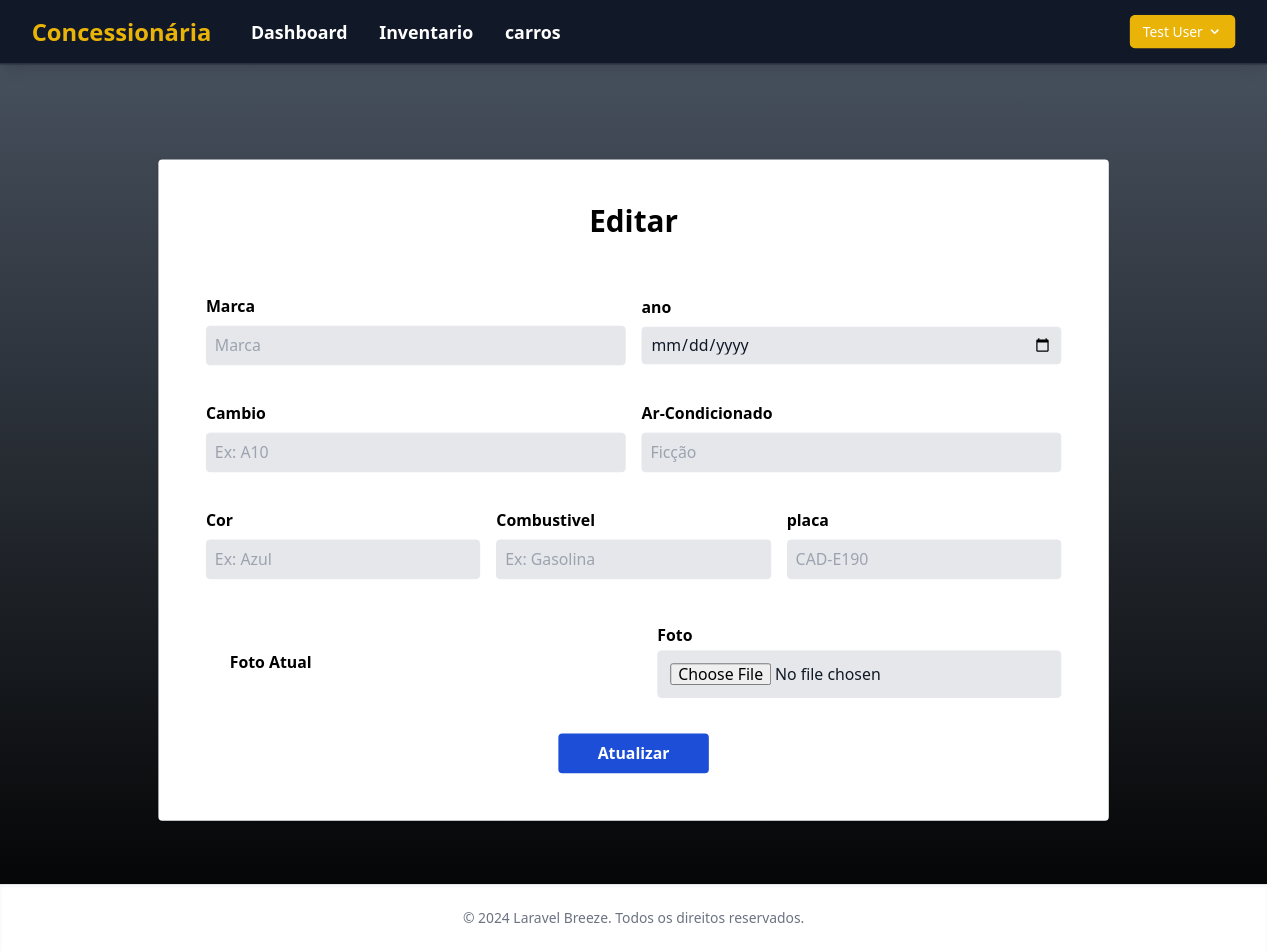
Repository: CarlosEduFF/Projeto-Concession-ria
Page: resources/views/editar.blade.php
An editor plug-in stored every save of this project. The page is shown before and after the next save, followed by the edit.
The browser window is 1280 px wide. The pictures show the whole page, at 99% of full size.
Some web libraries are served in a nearby version. The page is served by the project's Laravel application, run on PHP 8.4 with Laravel 9. A made-up administrator, Test User (test@example.com), is signed in. Other server files are loaded and not shown. The template is opened directly, without the code that normally fills it, so the values that code supplies are empty.

Above is the page before, as saved 2024-09-10 17:10:52.

### routes/web.php
<?php

use App\Http\Controllers\ProfileController;
use Illuminate\Support\Facades\Route;
use App\Http\Controllers\CarroController;

Route::get('/', function () {
    return view('welcome');
});

Route::get('/dashboard', function () {
    return view('dashboard');
})->middleware(['auth', 'verified'])->name('dashboard');

Route::middleware('auth')->group(function () {
    Route::get('/profile', [ProfileController::class, 'edit'])->name('profile.edit');
    Route::patch('/profile', [ProfileController::class, 'update'])->name('profile.update');
    Route::delete('/profile', [ProfileController::class, 'destroy'])->name('profile.destroy');
});

Route::post('/createcarro', [CarroController::class, 'create']);
Route::get('/excluir/{id}', [CarroController::class, 'excluir']);
Route::get('/dashboard', [CarroController::class, 'dashboard'])->middleware(['auth', 'verified'])->name('dashboard');
require __DIR__.'/auth.php';


Route::get('/atualizar', function () {
    return view('atualizacao');
});

Route::post("/atualizar/{id}", [CarroController::class, 'atualizar']);
Route::get("/editar/{id}",[CarroController::class, 'editar'])->name('Editar.carro');

### resources/views/editar.blade.php
<!DOCTYPE html>
<html lang="en">
<head>
    <meta charset="UTF-8">
    <meta name="viewport" content="width=device-width, initial-scale=1.0">
    <link rel="stylesheet" href="https://cdn.jsdelivr.net/npm/tailwindcss@2.2.19/dist/tailwind.min.css">
    <script src="https://unpkg.com/flowbite@1.5.0/dist/flowbite.js"></script>
    <script src="https://cdn.tailwindcss.com"></script>
    <title>Editar Carro</title>
</head>
<body  class="bg-gradient-to-b from-gray-600 to-black min-h-screen flex flex-col">

<nav x-data="{ open: false }" class="bg-gray-900 text-white shadow-lg border-b border-gray-700">
    <!-- Primary Navigation Menu -->
    <div class="max-w-7xl mx-auto px-4 sm:px-6 lg:px-8">
        <div class="flex justify-between h-16">
            <div class="flex">
                <!-- Logo -->
                <div class="shrink-0 flex items-center">
                    <a href="{{ route('dashboard') }}">
                    <a href="#" class="text-2xl font-bold text-yellow-500">Concessionária</a>
                    </a>
                </div>

                <!-- Navigation Links -->
                <div class="hidden space-x-8 sm:-my-px sm:ml-10 items-center sm:flex">
                    <a href="{{ route('dashboard') }}" class="text-lg font-semibold text-white hover:text-yellow-400">
                        {{ __('Dashboard') }}
                    </a>
                    <a  class="text-lg font-semibold text-white hover:text-yellow-400">
                        Inventario
                    </a>
                    <a href="" class="text-lg font-semibold text-white hover:text-yellow-400">
                        carros
                    </a>
                </div>
            </div>

            <!-- Settings Dropdown -->
            <div class="hidden sm:flex sm:items-center sm:ml-6">
                <x-dropdown align="right" width="48">
                    <x-slot name="trigger">
                        <button class="inline-flex items-center px-3 py-2 border border-transparent text-sm leading-4 font-medium rounded-md bg-yellow-500 text-white hover:bg-yellow-600 focus:outline-none transition ease-in-out duration-150">
                            <div>{{ Auth::user()->name }}</div>
                            <div class="ml-1">
                                <svg class="fill-current h-4 w-4" xmlns="http://www.w3.org/2000/svg" viewBox="0 0 20 20">
                                    <path fill-rule="evenodd" d="M5.293 7.293a1 1 0 011.414 0L10 10.586l3.293-3.293a1 1 0 111.414 1.414l-4 4a1 1 0 01-1.414 0l-4-4a1 1 0 010-1.414z" clip-rule="evenodd" />
                                </svg>
                            </div>
                        </button>
                    </x-slot>

                    <x-slot name="content">
                        <x-dropdown-link :href="route('profile.edit')">
                            {{ __('Profile') }}
                        </x-dropdown-link>

                        <!-- Authentication -->
                        <form method="POST" action="{{ route('logout') }}">
                            @csrf
                            <x-dropdown-link :href="route('logout')"
                                    onclick="event.preventDefault();
                                                this.closest('form').submit();">
                                {{ __('Log Out') }}
                            </x-dropdown-link>
                        </form>
                    </x-slot>
                </x-dropdown>
            </div>

            <!-- Hamburger -->
            <div class="-mr-2 flex items-center sm:hidden">
                <button @click="open = ! open" class="inline-flex items-center justify-center p-2 rounded-md text-yellow-500 hover:text-yellow-400 hover:bg-gray-800 focus:outline-none focus:bg-gray-800 focus:text-yellow-400 transition duration-150 ease-in-out">
                    <svg class="h-6 w-6" stroke="currentColor" fill="none" viewBox="0 0 24 24">
                        <path :class="{'hidden': open, 'inline-flex': ! open }" class="inline-flex" stroke-linecap="round" stroke-linejoin="round" stroke-width="2" d="M4 6h16M4 12h16M4 18h16" />
                        <path :class="{'hidden': ! open, 'inline-flex': open }" class="hidden" stroke-linecap="round" stroke-linejoin="round" stroke-width="2" d="M6 18L18 6M6 6l12 12" />
                    </svg>
                </button>
            </div>
        </div>
    </div>

    <!-- Responsive Navigation Menu -->
    <div :class="{'block': open, 'hidden': ! open}" class="hidden sm:hidden">
        <div class="pt-2 pb-3 space-y-1">
            <a href="{{ route('dashboard') }}" class="block text-base font-semibold text-yellow-500 hover:bg-gray-800 hover:text-yellow-400">
                {{ __('Dashboard') }}
            </a>
            <a href="" class="block text-base font-semibold text-yellow-500 hover:bg-gray-800 hover:text-yellow-400">
                Inventario
            </a>
        </div>

        <!-- Responsive Settings Options -->
        <div class="pt-4 pb-1 border-t border-gray-700">
            <div class="px-4">
                <div class="font-medium text-base text-white">{{ Auth::user()->name }}</div>
                <div class="font-medium text-sm text-gray-400">{{ Auth::user()->email }}</div>
            </div>

            <div class="mt-3 space-y-1">
                <a href="{{ route('profile.edit') }}" class="block px-4 py-2 text-base font-semibold text-yellow-500 hover:bg-gray-800 hover:text-yellow-400">
                    {{ __('Profile') }}
                </a>

                <!-- Authentication -->
                <form method="POST" action="{{ route('logout') }}">
                    @csrf
                    <a href="{{ route('logout') }}"
                       onclick="event.preventDefault(); this.closest('form').submit();"
                       class="block px-4 py-2 text-base font-semibold text-yellow-500 hover:bg-gray-800 hover:text-yellow-400">
                        {{ __('Log Out') }}
                    </a>
                </form>
            </div>
        </div>
    </div>
</nav>
<!-- FINAL DO Navbar-->

        <div class="w-full">
    <div class="h-96"></div>
    <div class="max-w-5xl mx-auto px-6 sm:px-6 lg:px-8 mb-12">
    <div class="bg-white w-full shadow rounded p-8 sm:p-12 -mt-72">
        <p class="text-3xl font-bold leading-7 text-center">Editar</p>
        <form method="POST" action="/atualizar/{{$carro->id}}" enctype="multipart/form-data">
            @csrf
            <!-- Primeira linha de inputs -->
            <div class="md:flex items-center mt-12">
                <div class="w-full md:w-1/2 flex flex-col mt-4">
                    <label class="font-semibold leading-none">Marca</label>
                    <input type="text"  name="titulo" placeholder="Marca" class="leading-none text-gray-900 p-2 focus:outline-none focus:border-blue-700 mt-3 bg-gray-200 border rounded border-gray-200" />
                </div>
                <div class="w-full md:w-1/2 flex flex-col mt-4 md:ml-4">
                    <label class="font-semibold leading-none">ano</label>
                    <input type="date" name="ano"  placeholder="Ex: 2024/05/10" class="leading-none text-gray-900 p-2 focus:outline-none focus:border-blue-700 mt-3 bg-gray-200 border rounded border-gray-200" />
                </div>
            </div>

            <!-- Segunda linha de inputs -->
            <div class="md:flex items-center mt-6">
                <div class="w-full md:w-1/2 flex flex-col mt-4">
                    <label class="font-semibold leading-none">Cambio</label>
                    <input type="text" name="cambio"  placeholder="Ex: A10" class="leading-none text-gray-900 p-2 focus:outline-none focus:border-blue-700 mt-3 bg-gray-200 border rounded border-gray-200" />
                </div>
                <div class="w-full md:w-1/2 flex flex-col mt-4 md:ml-4">
                    <label class="font-semibold leading-none">Ar-Condicionado</label>
                    <input type="text" name="Ar-con"  placeholder="Ficção" class="leading-none text-gray-900 p-2 focus:outline-none focus:border-blue-700 mt-3 bg-gray-200 border rounded border-gray-200" />
                </div>
            </div>

            <!-- Terceira linha de inputs -->
            <div class="md:flex items-center mt-6">
                <div class="w-full md:w-1/3 flex flex-col mt-4">
                    <label class="font-semibold leading-none">Cor</label>
                    <input type="text" name="pontuacao"  placeholder="Ex: Azul" class="leading-none text-gray-900 p-2 focus:outline-none focus:border-blue-700 mt-3 bg-gray-200 border rounded border-gray-200" />
                </div>
                 <!-- quarta linha de inputs -->
                <div class="w-full md:w-1/3 flex flex-col mt-4 md:ml-4">
                    <label class="font-semibold leading-none">Combustivel</label>
                    <input type="text" name="combustivel"  placeholder="Ex: Gasolina" class="leading-none text-gray-900 p-2 focus:outline-none focus:border-blue-700 mt-3 bg-gray-200 border rounded border-gray-200" />
                </div>
                 <!-- Quinta linha de inputs -->
                <div class="w-full md:w-1/3 flex flex-col mt-4 md:ml-4">
                    <label class="font-semibold leading-none">placa</label>
                    <input type="text" name="empresa"  placeholder="CAD-E190" class="leading-none text-gray-900 p-2 focus:outline-none focus:border-blue-700 mt-3 bg-gray-200 border rounded border-gray-200" />
                </div>
            </div>
               <!-- TSexta linha de inputs -->
            <div class="md:flex items-center mt-12">
                        <div class="w-full flex md:w-1/2 flex-col md:ml-6 md:mt-0 mt-4">
                            <label class="font-semibold leading-none">Foto Atual</label>
                          @if($carro->capa)
                           <img src="{{asset('storage/' . $carro->foto)}}" alt="capa anterior " class="leading-none text-gray-900 p-2 focus:outline-none focus:border-blue-700 mt-2 bg-gray-200 border rounded border-gray-200 size-3/5">
                           @endif
                    </div>
                    <div class="w-full md:w-1/2 flex flex-col md:ml-6 md:mt-0 mt-4">
                        <label class="font-semibold leading-none">Foto</label>
                        <input type="file" name="capa" value="{{$carro->foto}}"  class="leading-none text-gray-900 p-3 focus:outline-none focus:border-blue-700 mt-2 bg-gray-200 border rounded border-gray-200"/>
                    </div>
                </div>

            <!-- Botão de enviar -->
            <div class="flex items-center justify-center w-full mt-9">
                <button type="submit" class="font-semibold leading-none text-white py-3 px-10 bg-blue-700 rounded hover:bg-blue-600 focus:ring-2 focus:ring-offset-2 focus:ring-blue-700 focus:outline-none">
                    Atualizar
                </button>
            </div>
        </form>
    </div>
</div>

 <!-- Footer -->
 <footer class="mt-16 p-6 bg-white dark:bg-zinc-800 shadow-inner">
        <div class="text-center text-sm text-gray-500 dark:text-gray-400">
            © 2024 Laravel Breeze. Todos os direitos reservados.
        </div>
    </footer>

</body>
</html>

Loaded but not shown: routes/auth.php (common file); app/Http/Controllers/Auth/EmailVerificationPromptController.php (common file); app/Http/Controllers/Controller.php (common file); app/Http/Controllers/Auth/VerifyEmailController.php (common file); app/Models/User.php (common file); resources/views/components/dropdown-link.blade.php (common file); resources/views/components/dropdown.blade.php (common file)

After the next save:
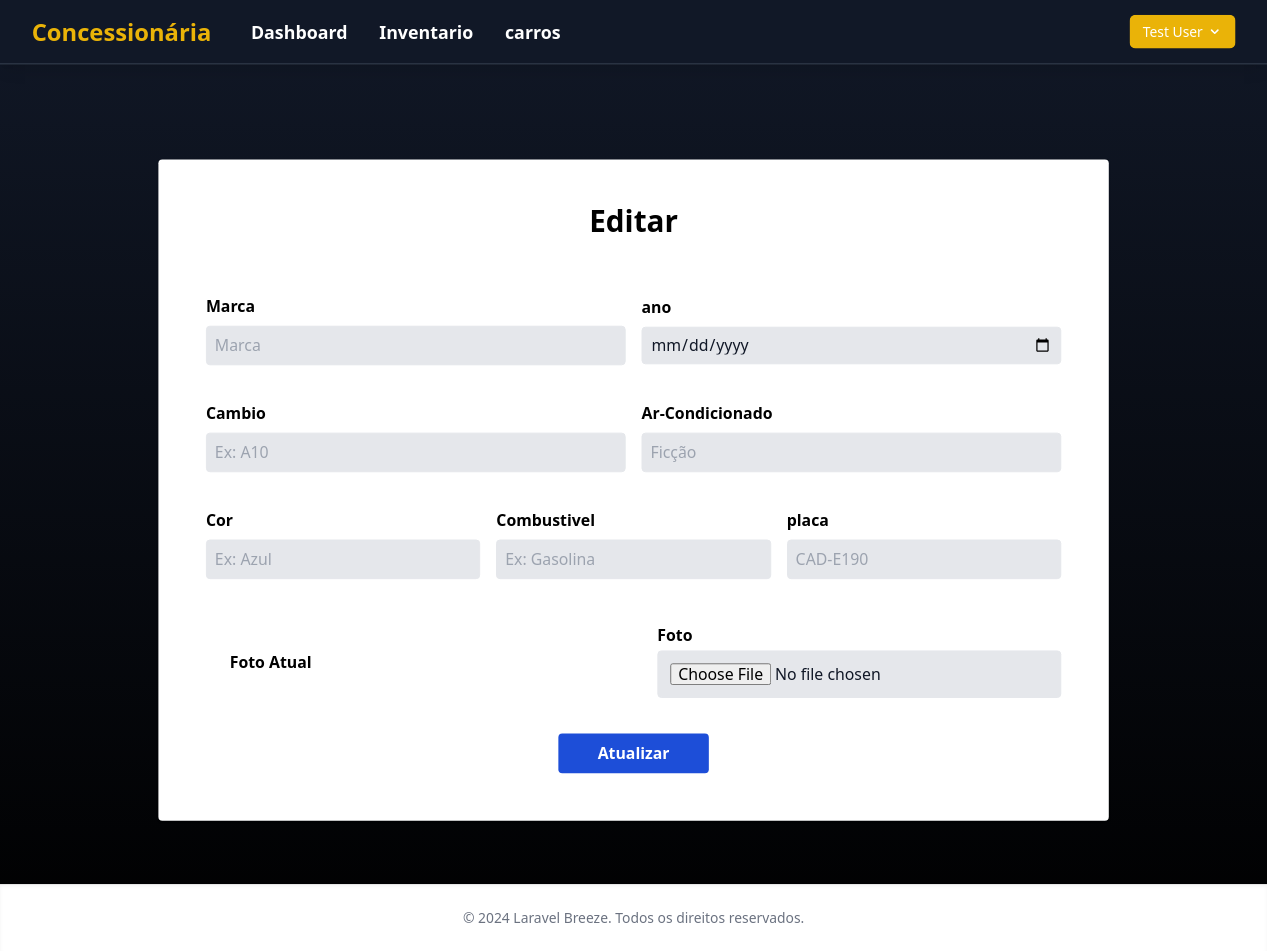
Saved 43 s later.
--- a/resources/views/editar.blade.php
+++ b/resources/views/editar.blade.php
@@ -8,7 +8,7 @@
     <script src="https://cdn.tailwindcss.com"></script>
     <title>Editar Carro</title>
 </head>
-<body  class="bg-gradient-to-b from-gray-600 to-black min-h-screen flex flex-col">
+<body  class="bg-gradient-to-b from-gray-900 to-black min-h-screen flex flex-col">
 
 <nav x-data="{ open: false }" class="bg-gray-900 text-white shadow-lg border-b border-gray-700">
     <!-- Primary Navigation Menu -->
